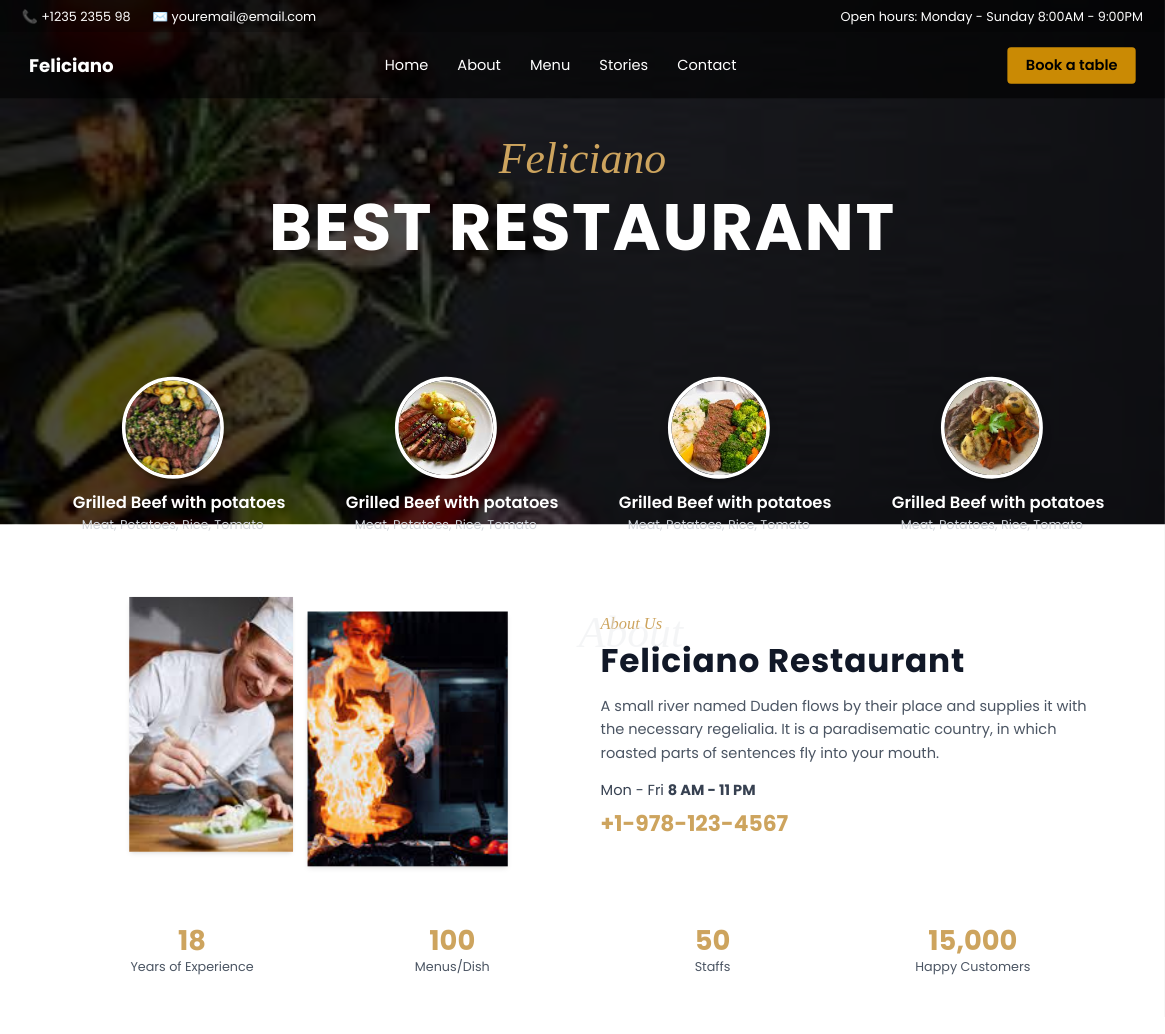
Repository: Purniagithub/Benttacproject
Page: /
An editor plug-in stored every save of this project. The page is shown before and after the next save, followed by the edit.
The browser window is 1280 px wide. The pictures show the whole page, at 91% of full size.
Some web fonts or font styles are not loaded; a fallback is used. The project was rebuilt for these pictures with package versions that can differ from the ones it lists, and the page was loaded fresh each time. Also part of the build but not shown: vite.config.js.

Above is the page before, as saved 2025-08-21 16:46:49.

### index.html
<!doctype html>
<html lang="en">
  <head>
    <meta charset="UTF-8" />
    <link rel="icon" type="image/svg+xml" href="/vite.svg" />
    <link href="https://fonts.googleapis.com/css2?family=Playfair+Display:ital,wght@1,500&family=Poppins:wght@400;600;700&display=swap" rel="stylesheet">

    <meta name="viewport" content="width=device-width, initial-scale=1.0" />
    <title>Vite + React</title>
  </head>
  <body>
    <div id="root"></div>
    <script type="module" src="/src/main.jsx"></script>
  </body>
</html>

### src/App.jsx
import React from "react";
import Navbar from "./components/Navbar";
import Hero from "./components/Hero";

function App() {
  return (
    <div className="font-poppins">
      <Navbar />
      <Hero />
    </div>
  );
}

export default App;

### src/components/Navbar.jsx
import React from "react";

const Navbar = () => {
  return (
    <header className="absolute top-0 left-0 w-full z-50">
      {/* Top bar */}
      <div className="flex justify-between items-center bg-black bg-opacity-70 text-white text-sm px-6 py-2">
        <div className="flex space-x-6">
          <span>📞 +1235 2355 98</span>
          <span>✉️ youremail@email.com</span>
        </div>
        <span>Open hours: Monday - Sunday 8:00AM - 9:00PM</span>
      </div>

      {/* Main Navbar */}
      <nav className="flex justify-between items-center bg-black bg-opacity-60 text-white px-8 py-4">
        <h1 className="text-xl font-bold">Feliciano</h1>
        <ul className="flex space-x-8 font-medium">
          <li><a href="#" className="hover:text-yellow-400">Home</a></li>
          <li><a href="#" className="hover:text-yellow-400">About</a></li>
          <li><a href="#" className="hover:text-yellow-400">Menu</a></li>
          <li><a href="#" className="hover:text-yellow-400">Stories</a></li>
          <li><a href="#" className="hover:text-yellow-400">Contact</a></li>
        </ul>
        <button className="bg-yellow-600 hover:bg-yellow-700 px-5 py-2 rounded text-black font-semibold">
          Book a table
        </button>
      </nav>
    </header>
  );
};

export default Navbar;

### src/components/Hero.jsx
import React from "react";
import AboutSection from "../components/AboutSection";

const dishes = [
  { id: 1, name: "Grilled Beef with potatoes", desc: "Meat, Potatoes, Rice, Tomato", img: "/dish-1.jpeg" },
  { id: 2, name: "Grilled Beef with potatoes", desc: "Meat, Potatoes, Rice, Tomato", img: "/dish-2.jpeg" },
  { id: 3, name: "Grilled Beef with potatoes", desc: "Meat, Potatoes, Rice, Tomato", img: "/dish-3.jpeg" },
  { id: 4, name: "Grilled Beef with potatoes", desc: "Meat, Potatoes, Rice, Tomato", img: "/dish-4.jpeg" },
];

const Hero = () => {
  return (
    <>
    <section
      className="relative h-[80vh] bg-cover bg-center flex flex-col justify-center items-center text-white px-4"
      style={{ backgroundImage: "url('/img-4.jpeg')" }}
    >
      {/* Dark overlay */}
      <div className="absolute inset-0 bg-black/70"></div>

      {/* Headings */}
      <div className="relative z-10 text-center mt-20 md:mt-32 lg:mt-40">
        <h2 className="text-3xl md:text-4xl lg:text-5xl font-serif italic text-[#CDA45E]">
          Feliciano
        </h2>
        <h1 className="text-4xl md:text-5xl lg:text-7xl font-extrabold tracking-wide mt-3 md:mt-4 uppercase">
          Best Restaurant
        </h1>
      </div>

      {/* Dish Cards */}
      <div className="relative z-10 grid grid-cols-1 sm:grid-cols-2 md:grid-cols-4 gap-10 md:gap-16 lg:gap-20 mt-16 md:mt-24 lg:mt-32">
        {dishes.map((dish) => (
          <div key={dish.id} className="text-center max-w-[220px] mx-auto">
            <img
              src={dish.img}
              alt={dish.name}
              className="w-24 h-24 md:w-28 md:h-28 object-cover rounded-full mx-auto border-4 border-white shadow-lg"
            />
            <h3 className="mt-3 font-semibold text-base md:text-lg whitespace-nowrap">
              {dish.name}
            </h3>
            <p className="text-xs md:text-sm text-gray-300">{dish.desc}</p>
          </div>
        ))}
      </div>
    </section>
     {/* Other sections */}
     <AboutSection />
</>
  );
};

export default Hero;

### src/components/AboutSection.jsx
// src/components/AboutSection.jsx
import React from "react";

export default function AboutSection() {
  return (
    <section className="w-full bg-white py-16 px-6 lg:px-20">
      <div className="max-w-7xl mx-auto">
        {/* Top Grid (Images + Content) */}
        <div className="grid grid-cols-1 lg:grid-cols-2 gap-10 items-center">
          {/* Left Images */}
          <div className="flex justify-center items-center gap-4">
            <img
              src="/chef-1.jpeg"
              alt="Chef serving"
              className=" shadow-md object-cover h-[280px] w-[180px]"
            />
            <img
              src="/chef-5.jpeg"
              alt="Cooking food"
              className="shadow-md object-cover h-[280px] w-[220px] mt-8"
            />
          </div>

          {/* Right Content */}
          <div>
            <h3 className="text-lg font-serif italic text-[#CDA45E] relative mb-2">
              <span className="absolute -left-6 top-0 text-5xl text-gray-200 opacity-40">
                About
              </span>
              About Us
            </h3>
            <h2 className="text-4xl font-bold text-gray-900 mb-4 tracking-wide">
              Feliciano Restaurant
            </h2>
            <p className="text-gray-600 mb-4 leading-relaxed">
              A small river named Duden flows by their place and supplies it
              with the necessary regelialia. It is a paradisematic country, in
              which roasted parts of sentences fly into your mouth.
            </p>

            <p className="text-gray-700 mb-2">
              Mon - Fri <span className="font-bold">8 AM - 11 PM</span>
            </p>
            <p className="text-2xl font-bold text-[#CDA45E]">
              +1-978-123-4567
            </p>
          </div>
        </div>

        {/* Stats Section (moved outside grid so it stays below both columns) */}
        <div className="grid grid-cols-2 sm:grid-cols-4 gap-6 mt-16">
          <div className="text-center">
            <h4 className="text-3xl font-bold text-[#CDA45E]">18</h4>
            <p className="text-sm text-gray-600">Years of Experience</p>
          </div>
          <div className="text-center">
            <h4 className="text-3xl font-bold text-[#CDA45E]">100</h4>
            <p className="text-sm text-gray-600">Menus/Dish</p>
          </div>
          <div className="text-center">
            <h4 className="text-3xl font-bold text-[#CDA45E]">50</h4>
            <p className="text-sm text-gray-600">Staffs</p>
          </div>
          <div className="text-center">
            <h4 className="text-3xl font-bold text-[#CDA45E]">15,000</h4>
            <p className="text-sm text-gray-600">Happy Customers</p>
          </div>
        </div>
      </div>
    </section>
  );
}

### tailwind.config.js
/** @type {import('tailwindcss').Config} */
export default {
  content: ["./index.html",
    "./src/**/*.{js,ts,jsx,tsx}",],
  theme: {
    extend: {fontFamily: {
      sans: ['Poppins', 'sans-serif'],
      serif: ['Playfair Display', 'serif'],
    },
    colors: {
      gold: "#CDA45E",
    },},
  },
  plugins: [],
}

Loaded but not shown: src/main.jsx (common file); src/index.css (common file)

After the next save:
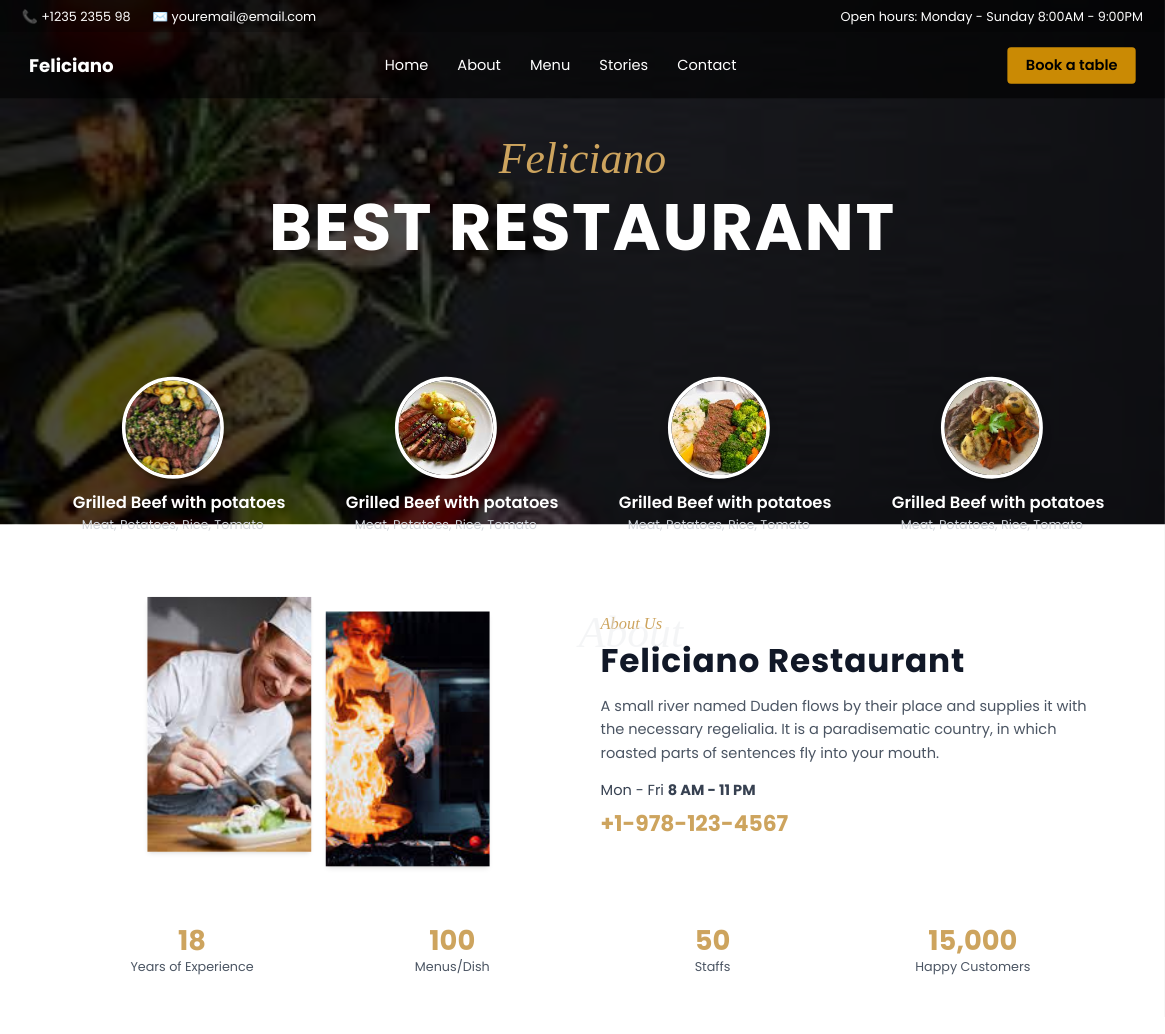
Saved 8 s later.
--- a/src/components/AboutSection.jsx
+++ b/src/components/AboutSection.jsx
@@ -17,7 +17,7 @@ export default function AboutSection() {
             <img
               src="/chef-5.jpeg"
               alt="Cooking food"
-              className="shadow-md object-cover h-[280px] w-[220px] mt-8"
+              className="shadow-md object-cover h-[280px] w-[180px] mt-8"
             />
           </div>
 
